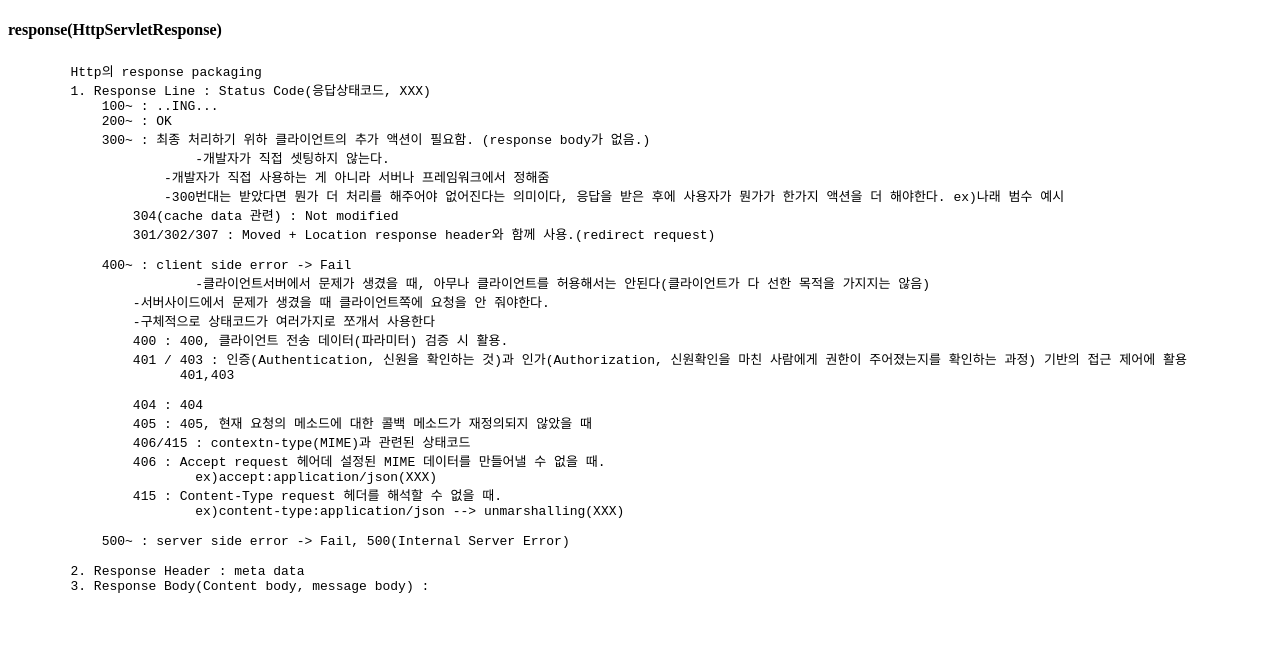
Repository: YOUNARAE/JSP
Page: http://localhost/WebStudy01/05/responseDesc.jsp
These files come from the project's save history. The page is drawn as it stood at one moment and after the next save; the edit follows.
The browser window is 1280 px wide. The pictures show the whole page.
The page is served by Tomcat 9. Other server files are loaded and not shown.

Above is the page before, as saved 2022-12-13 06:39:45.

### WebStudy01/src/main/webapp/05/responseDesc.jsp
<%@page import="javax.print.attribute.HashPrintServiceAttributeSet"%>
<%@ page language="java" contentType="text/html; charset=UTF-8"
    pageEncoding="UTF-8"%>
<!DOCTYPE html>
<html>
<head>
<meta charset="UTF-8">
<title>05/responseDesc.jsp</title>
</head>
<body>
<h4>response(HttpServletResponse)</h4>
<pre>
	Http의 response packaging
	1. Response Line : Status Code(응답상태코드, XXX)
	    100~ : ..ING...
	    200~ : OK
	    300~ : 최종 처리하기 위하 클라이언트의 추가 액션이 필요함. (response body가 없음.)
	    		-개발자가 직접 셋팅하지 않는다.
	            -개발자가 직접 사용하는 게 아니라 서버나 프레임워크에서 정해줌
	            -300번대는 받았다면 뭔가 더 처리를 해주어야 없어진다는 의미이다, 응답을 받은 후에 사용자가 뭔가가 한가지 액션을 더 해야한다. ex)나래 범수 예시
	        304(cache data 관련) : Not modified
	        301/302/307 : Moved + Location response header와 함께 사용.(redirect request)
	        <%--
//	        	request.getRequestDispatcher("/04/messageView.jsp").forward(request, response); // 서버 내에서 이동
//				절대경로, 서버사이드,
 				String location = request.getContextPath()+"/04/messageView.jsp";
 	        	response.sendRedirect(location); //서버 밖에서 이동해야하기때문에 클라이언트로부터 새로운 요청이 발생.
	        --%>
	    400~ : client side error -> Fail
			-클라이언트서버에서 문제가 생겼을 때, 아무나 클라이언트를 허용해서는 안된다(클라이언트가 다 선한 목적을 가지지는 않음)
	    	-서버사이드에서 문제가 생겼을 때 클라이언트쪽에 요청을 안 줘야한다.
	    	-구체적으로 상태코드가 여러가지로 쪼개서 사용한다
	    	400 : <%=HttpServletResponse.SC_BAD_REQUEST %>, 클라이언트 전송 데이터(파라미터) 검증 시 활용.
	    	401 / 403 : 인증(Authentication, 신원을 확인하는 것)과 인가(Authorization, 신원확인을 마친 사람에게 권한이 주어졌는지를 확인하는 과정) 기반의 접근 제어에 활용
	    	      <%=HttpServletResponse.SC_UNAUTHORIZED %>,<%=HttpServletResponse.SC_FORBIDDEN %>

	    	404 : <%=HttpServletResponse.SC_NOT_FOUND %>
	    	405 : <%=HttpServletResponse.SC_METHOD_NOT_ALLOWED %>, 현재 요청의 메소드에 대한 콜백 메소드가 재정의되지 않았을 때
	    	406/415 : contextn-type(MIME)과 관련된 상태코드
	    	<%=HttpServletResponse.SC_NOT_ACCEPTABLE %> : Accept request 헤어데 설정된 MIME 데이터를 만들어낼 수 없을 때.
	    		ex)accept:application/json(XXX)
	    	<%=HttpServletResponse.SC_UNSUPPORTED_MEDIA_TYPE %> : Content-Type request 헤더를 해석할 수 없을 때.
	    		ex)content-type:application/json --> unmarshalling(XXX)

	    500~ : server side error -> Fail, 500(Internal Server Error)

	2. Response Header : meta data
	3. Response Body(Content body, message body) :
			<%--response.getWriter(), response.getOutputStream() , <%= %>, out -->--%>

</pre>
</body>
</html>

After the next save:
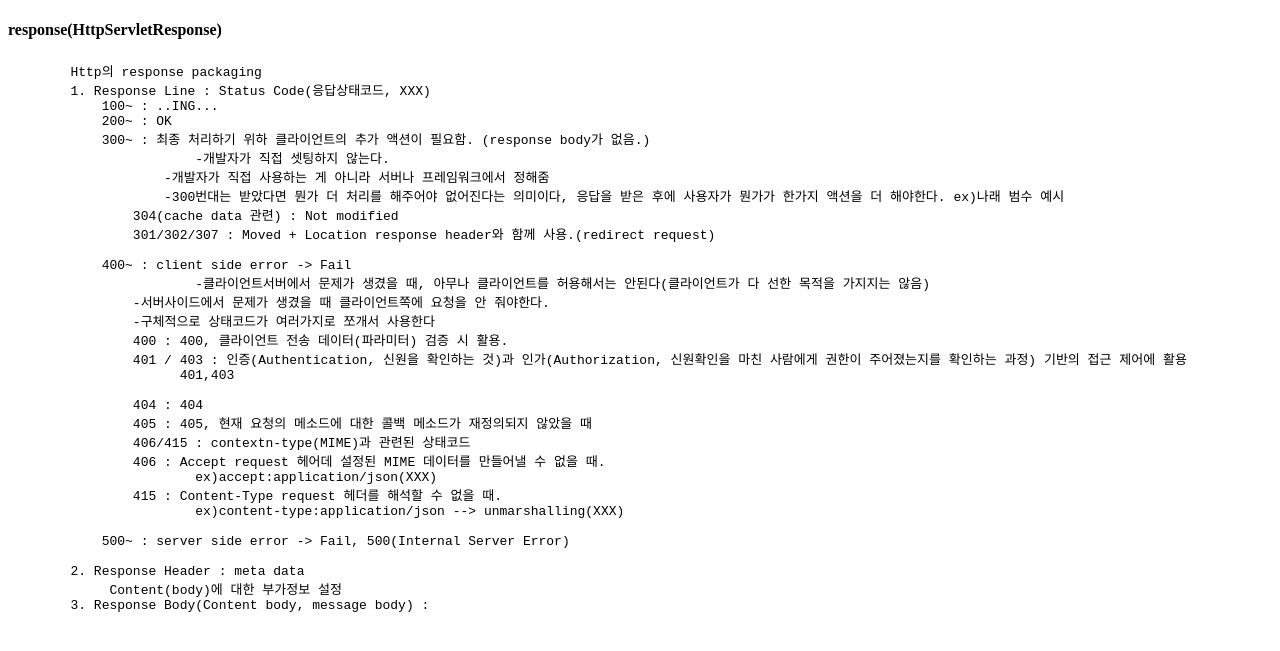
Saved 19 s later.
--- a/WebStudy01/src/main/webapp/05/responseDesc.jsp
+++ b/WebStudy01/src/main/webapp/05/responseDesc.jsp
@@ -45,6 +45,7 @@
 	    500~ : server side error -> Fail, 500(Internal Server Error)
 
 	2. Response Header : meta data
+	     Content(body)에 대한 부가정보 설정
 	3. Response Body(Content body, message body) :
 			<%--response.getWriter(), response.getOutputStream() , <%= %>, out -->--%>
 
